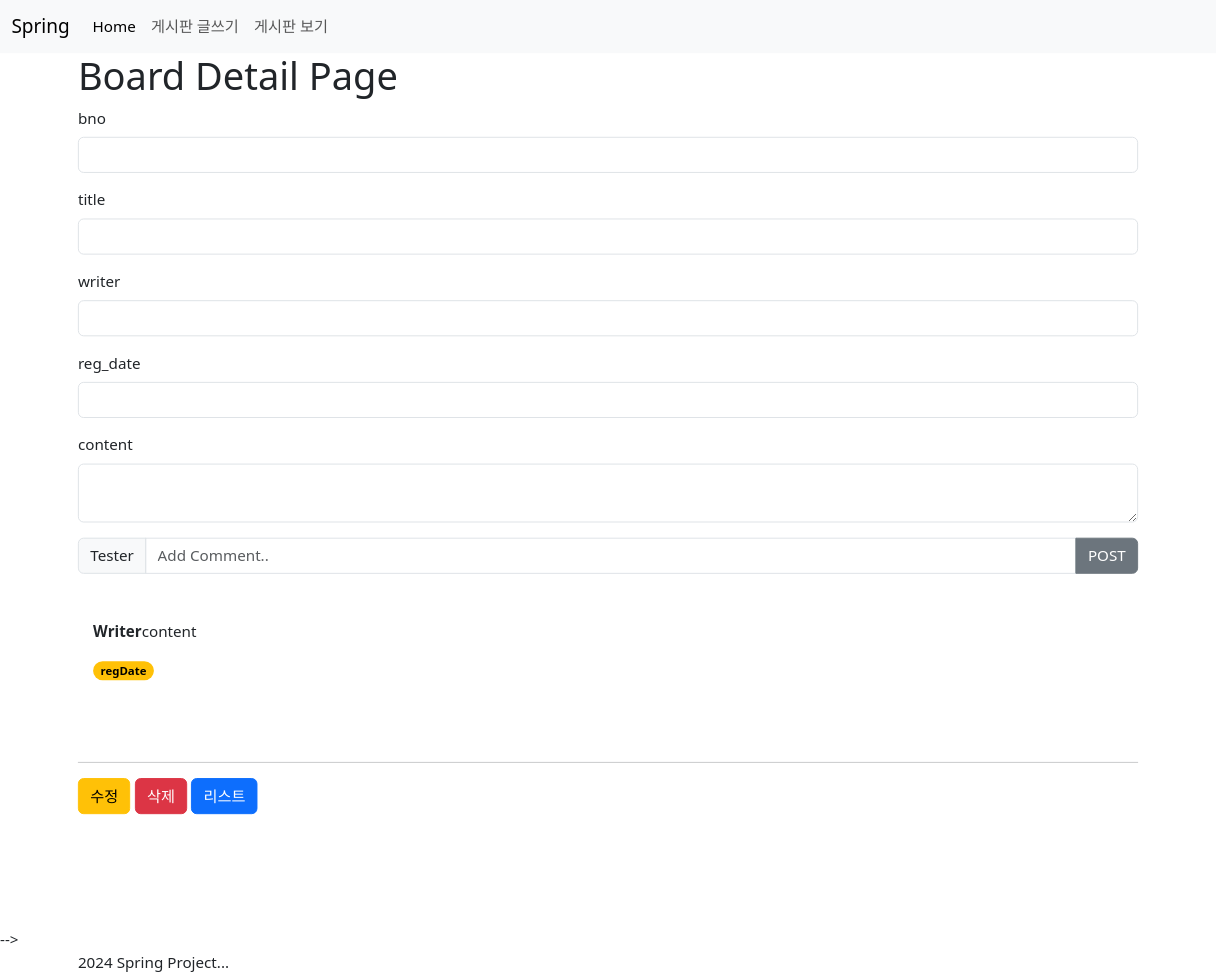
Repository: ehdwo13/ezen
Page: http://localhost/spring_test2/WEB-INF/views/board/detail.jsp
The author's editor kept a copy of each file at every save. The page is drawn from the files as they stood at one save, then again after the next save.
The browser window is 1280 px wide. The pictures show the whole page, at 95% of full size.
The page is served by Tomcat 9. Nobody is signed in. Other server files are loaded and not shown. The template is opened directly, without the code that normally fills it, so the values that code supplies are empty.

Above is the page before, as saved 2024-05-02 04:04:02.

### spring_test2/src/main/webapp/WEB-INF/views/board/detail.jsp
<%@ page language="java" contentType="text/html; charset=UTF-8"
    pageEncoding="UTF-8"%>
<%@ taglib uri="http://java.sun.com/jsp/jstl/core" prefix="c" %>
<jsp:include page="../layout/header.jsp" />
<div class="container-md">
		<h1>Board Detail Page</h1>
		<c:set value="${bvo }" var="bvo"></c:set>
		<div class="mb-3">
	  		<label for="n" class="form-label">bno</label>
	  		<input type="text" class="form-control" name="bno" id="n" value="${bvo.bno }" readonly="readonly">
		</div>
		<div class="mb-3">
	  		<label for="t" class="form-label">title</label>
	  		<input type="text" class="form-control" name="title" id="t" value="${bvo.title }" readonly="readonly">
		</div>
		<div class="mb-3">
	  		<label for="w" class="form-label">writer</label>
	  		<input type="text" class="form-control" name="writer" id="w" value="${bvo.writer }" readonly="readonly">
		</div>
		<div class="mb-3">
	  		<label for="r" class="form-label">reg_date</label>
	  		<input type="text" class="form-control" name="reg_date" id="r" value="${bvo.regDate }" readonly="readonly">
		</div>
		<div class="mb-3">
  			<label for="c" class="form-label">content</label>
  			<textarea class="form-control" id="c" name="content" aria-label="With textarea" readonly="readonly">${bvo.content }</textarea>
		</div>
		<%-- <!-- fileUpload 표시라인 -->
		<c:set value="${bdto.flist }" var="flist"></c:set>
		<div class="mb-3">
			<ul class="list-group list-group-flush">
			<!-- 파일개수만큼 li 반복하여 타입이 1인경우만 표시-->
			<!-- li => div => img -->
			<!--    => div => 파일이름, 작성일, span size -->
			<c:forEach items="${flist }" var="fvo">
  				<li class="list-group-item" id="${fvo.uuid }list">
  				<c:choose>
  					<c:when test="${fvo.file_type > 0 }">
  					<div>
  						<img alt="" src="/upload/${fvo.save_dir }/${fvo.uuid}_${fvo.file_name}">
  					</div>
  					</c:when>
  					<c:otherwise>
  						<div>
  						<!-- 파일 타입이 0인경우 아이콘 모양 하나 가져와서 넣기 -->
  						</div>
  					</c:otherwise>
  				</c:choose>
  				<div>
  					<!-- 파일 이름 작성일 사이즈 -->
  					<div>${fvo.file_name }</div>
  					${fvo.reg_date }
  					<span class="badge text-bg-warning">${fvo.file_size }Byte</span>
  				</div>
  				</li>
			</c:forEach>
  			</ul>
		</div>
		<br>
		<hr>
		--%>
		<!-- Comment Line -->
		<!-- 댓글 등록 라인 -->
		<div class="input-group mb-3">
  			<span class="input-group-text" id="cmtWriter">Tester</span>
  			<input type="text" id="cmtText" class="form-control" placeholder="Add Comment.." aria-label="Username" aria-describedby="basic-addon1">
  			<button type="button" id="cmtAddBtn" class="btn btn-secondary">POST</button>
		</div>
		<br>
		<!-- 댓글 출력 라인 -->
		<ul class="list-group list-group-flush" id="cmtListArea">
		  <li class="list-group-item">
		  	<div class="input-group mb-3">
		  		<div class="fw-bold">Writer</div>
		  		content
		  	</div>
		  	<span class="badge rounded-pill text-bg-warning">regDate</span>
		  </li>
		</ul>
		<!-- 댓글 더보기 버튼 -->
		<div>
			<button type="button" class="btn btn-dark" style="visibility:hidden"> MORE + </button>
		</div>
		<!-- 모달창 라인 -->
		<div class="modal" id="myModal" tabindex="-1">
		  <div class="modal-dialog">
		    <div class="modal-content">
		      <div class="modal-header">
		        <h5 class="modal-title">Writer</h5>
		        <button type="button" class="btn-close" data-bs-dismiss="modal" aria-label="Close"></button>
		      </div>
		      <div class="modal-body">
		        <input type="text" class="form-control" id="">
		      </div>
		      <div class="modal-footer">
		        <button type="button" class="btn btn-secondary" data-bs-dismiss="modal">close</button>
		        <button type="button" class="btn btn-primary" id="cmtModBtn">modify</button>
		      </div>
		    </div>
		  </div>
		</div>

		<br>
		<hr>

		<a href="/board/modify?bno=${bvo.bno }"><button type="button" class="btn btn-warning">수정</button></a>
		<a href="/board/remove?bno=${bvo.bno }"><button type="button" class="btn btn-danger">삭제</button></a>
		<a href="/board/list"><button type="button" class="btn btn-primary">리스트</button></a>
		<br><br><br><br><br><br>
</div>
<script type="text/javascript">
	const bnoVal = `<c:out value="${bvo.bno}" />`;
	/* const logVal = `<c:out value="${ses.id}" />`; */
</script>
<script type="text/javascript" src="/resources/js/boardDetailComment.js">
</script>
<script type="text/javascript">
	/* spreadCommentList(bnoVal); */
</script> -->
<jsp:include page="../layout/footer.jsp" />

### spring_test2/src/main/webapp/WEB-INF/views/layout/header.jsp
<%@ page language="java" contentType="text/html; charset=UTF-8"
    pageEncoding="UTF-8"%>
<%@taglib uri="http://java.sun.com/jsp/jstl/core" prefix="c" %>
<!DOCTYPE html>
<html>
<head>
<meta charset="UTF-8">
<title>header.jsp</title>
<link href="/resources/css/bootstrap.min.css" rel="stylesheet" integrity="sha384-QWTKZyjpPEjISv5WaRU9OFeRpok6YctnYmDr5pNlyT2bRjXh0JMhjY6hW+ALEwIH" crossorigin="anonymous">
<script src="/resources/js/bootstrap.bundle.min.js" integrity="sha384-YvpcrYf0tY3lHB60NNkmXc5s9fDVZLESaAA55NDzOxhy9GkcIdslK1eN7N6jIeHz" crossorigin="anonymous"></script>
</head>
<body>
<nav class="navbar navbar-expand-lg bg-body-tertiary">
  <div class="container-fluid">
    <a class="navbar-brand" href="/">Spring</a>
    <button class="navbar-toggler" type="button" data-bs-toggle="collapse" data-bs-target="#navbarSupportedContent" aria-controls="navbarSupportedContent" aria-expanded="false" aria-label="Toggle navigation">
      <span class="navbar-toggler-icon"></span>
    </button>
    <div class="collapse navbar-collapse" id="navbarSupportedContent">
      <ul class="navbar-nav me-auto mb-2 mb-lg-0">
        <li class="nav-item">
          <a class="nav-link active" aria-current="page" href="/">Home</a>
        </li>
        <li class="nav-item">
          <a class="nav-link" href="/board/register">게시판 글쓰기</a>
        </li>
        <li class="nav-item">
          <a class="nav-link" href="/board/list">게시판 보기</a>
        </li>
       <%--  <c:if test="${ses.id eq null }">
        <li class="nav-item">
          <a class="nav-link" href="/member/register">회원가입</a>
        </li>
        </c:if>
        <c:if test="${ses.id eq null }">
        <li class="nav-item">
          <a class="nav-link" href="/member/login">로그인</a>
        </li>
        </c:if>
        <c:if test="${ses.id ne null }">
        <li class="nav-item">
          <a class="nav-link" href="/member/logout">로그아웃</a>
        </li>
        <li class="nav-item">
          <a class="nav-link" href="/member/modify">${ses.id }(${ses.email }) welcome!!!</a>
        </li>
        </c:if> --%>
  	  </ul>
    </div>
  </div>
</nav>

### spring_test2/src/main/webapp/WEB-INF/views/layout/footer.jsp
<%@ page language="java" contentType="text/html; charset=UTF-8"
    pageEncoding="UTF-8"%>
<div class="container-md">
	2024 Spring Project...
</div>

</body>
</html>

### spring_test2/src/main/webapp/resources/js/boardDetailComment.js
//cmtAddBtn 버튼을 클릭하면 bno, writer, content를 비동기로 DB에 넣기
document.getElementById('cmtAddBtn').addEventListener('click', () => {
    // const cmtWriter = document.getElementById('cmtWriter').value;
    let cmtWriter = authNick;
    let cmtText = document.getElementById('cmtText').value;

    if(cmtText == null || cmtText == ''){
        alert("댓글을 입력해주세요. ")
        document.getElementById('cmtText').focus();
        return false;
    }else{
        let cmtData = {
            bno : bnoVal,
            writer : cmtWriter,
            content : cmtText
        }
        postCommentToServer(cmtData).then(result => {
            if(result === "1"){
                alert("댓글 입력 성공");
                document.getElementById('cmtText').value = "";
                spreadList(bnoVal);
            }
        })
    }
});

async function postCommentToServer(cmtData){
    try {
        const url = '/comment/post';
        const config = {
            method: 'POST',
            headers: {
                'Content-Type': 'application/json; charset=utf-8'
            },
        body: JSON.stringify(cmtData)
    };
    const resp = await fetch(url, config);
    const result = await resp.text();
    return result;
    } catch (error) {
        console.log(error);
    }
};

function spreadList(bno, page=1){
    getCommentListFromServer(bno, page).then(result =>{
        const ul = document.getElementById('cmtListArea');
        if(result.cmtList.length > 0){
            if(page==1){
                ul.innerHTML = "";
            }
            for(let cvo of result.cmtList){
                let add = `<li class="list-group-item" data-cno="${cvo.cno}">`;
                add+= `<div class="mb-3"> no. ${cvo.cno}`;
                add+= `<div class="fw-bold">${cvo.writer}</div>`;
                add+= `${cvo.content}`;
                add+= `</div>`;
                add+= `<span class="badge rounded-pill text-bg-warning">${cvo.regDate}</span><br>`;
                //수정, 삭제 버튼
                if(cvo.writer == authNick){
                    add += `<button type="button" class="btn btn-outline-warning btn-sm mod" data-bs-toggle="modal" data-bs-target="#myModal">수정</button>`;
                    add += `<button type="button" class="btn btn-outline-danger btn-sm del">삭제</button>`;
                }
                add+= `</li>`;
                ul.innerHTML += add;
            }
            let moreBtn = document.getElementById('moreBtn');
            //moreBtn 표시되는 조건
            //pgvo.pageNo = 1 / realEndPage = 3
            //realEndPage 보다 현재 내 페이지가 작으면 표시
            if(result.pgvo.pageNo < result.realEndPage){
                moreBtn.style.visibility = "visible";
                moreBtn.dataset.page = page + 1;
            }else{
                moreBtn.style.visibility = "hidden";
            }

        }else{
            ul.innerHTML = `<li class="list-group-item"> Comment List Empty </li>`
        }
    })
}

async function getCommentListFromServer(bno, page){
    try {
        const resp = await fetch("/comment/"+bno+"/"+page);
        const result = await resp.json();
        return result;
    } catch (error) {
        console.log(error);
    }
}

document.addEventListener('click', (e)=>{
    console.log(e.target.classList);
    if(e.target.id == 'moreBtn'){
        let page = parseInt(e.target.dataset.page);
        spreadList(bnoVal, page);
    }else if(e.target.classList.contains('mod')){
        let li = e.target.closest('li');
        //nextSibling : 한 부모 안에서 다음형제를 찾기
        let cmtText = li.querySelector('.fw-bold').nextSibling;
        console.log(cmtText);
        document.getElementById('cmtTextMod').value = cmtText.nodeValue;
        //수정 => cno dataset으로 달기 cno, content
        document.getElementById('cmtModBtn').setAttribute("data-cno", li.dataset.cno);
    }else if(e.target.id == 'cmtModBtn'){
        let cmtModData = {
            cno : e.target.dataset.cno,
            content : document.getElementById('cmtTextMod').value
        };
        console.log(cmtModData);
        commentModDataToServer(cmtModData).then(result =>{
            if(result === "1"){
                alert("댓글 수정 성공");
                spreadList(bnoVal);
            }
        })
    }else if(e.target.classList.contains('del')){
        let li = e.target.closest('li');
        let cno = li.dataset.cno;
        console.log(cno);
        commentDeleteFromServer(cno).then(result =>{
            if(result === "1"){
                alert("댓글 삭제 성공");
                spreadList(bnoVal);
            }
        })
    }
})

//수정시 모달창을 통해 댓글 입력받기
async function commentModDataToServer(cmtModData){
    try {
        const url = '/comment/update';
        const config = {
            method: 'PUT',
            headers: {
                'Content-Type': 'application/json; charset=utf-8'
            },
        body: JSON.stringify(cmtModData)
    };
    const resp = await fetch(url, config);
    const result = await resp.text();
    return result;
    } catch (error) {
        console.log(error);
    }
}
async function commentDeleteFromServer(cno){
    try {
        const url = '/comment/'+cno;
        const config = {
            method: 'DELETE'
        };
        const resp = await fetch(url, config);
        const result = await resp.text();
        return result;
    } catch (error) {
        console.log(error);
    }
}

Loaded but not shown: spring_test2/src/main/webapp/resources/css/bootstrap.min.css (library); spring_test2/src/main/webapp/resources/js/bootstrap.bundle.min.js (library)

After the next save:
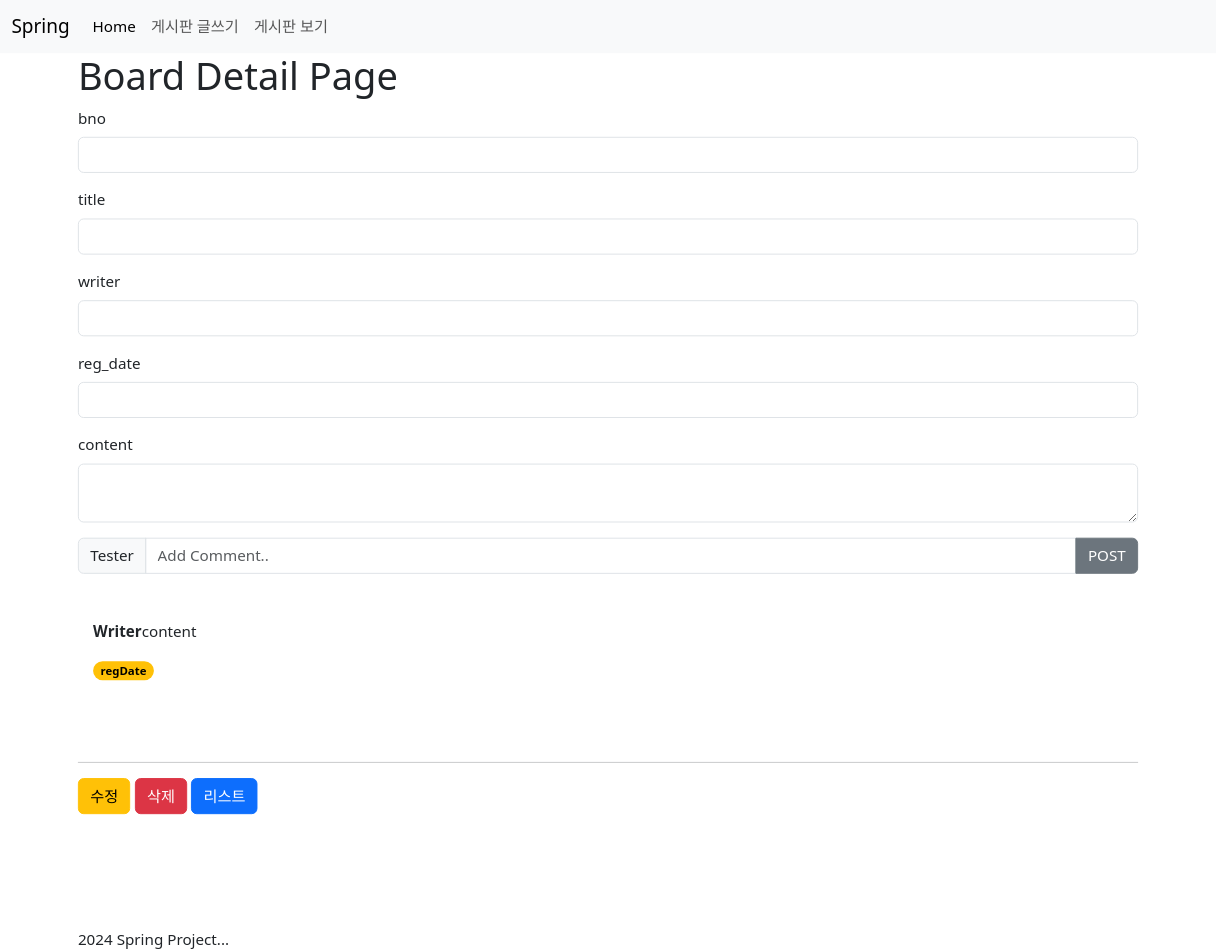
Saved 2 min 39 s later.
--- a/spring_test2/src/main/webapp/WEB-INF/views/board/detail.jsp
+++ b/spring_test2/src/main/webapp/WEB-INF/views/board/detail.jsp
@@ -116,5 +116,5 @@
 </script>
 <script type="text/javascript">
 	/* spreadCommentList(bnoVal); */
-</script> -->
+</script>
 <jsp:include page="../layout/footer.jsp" />
